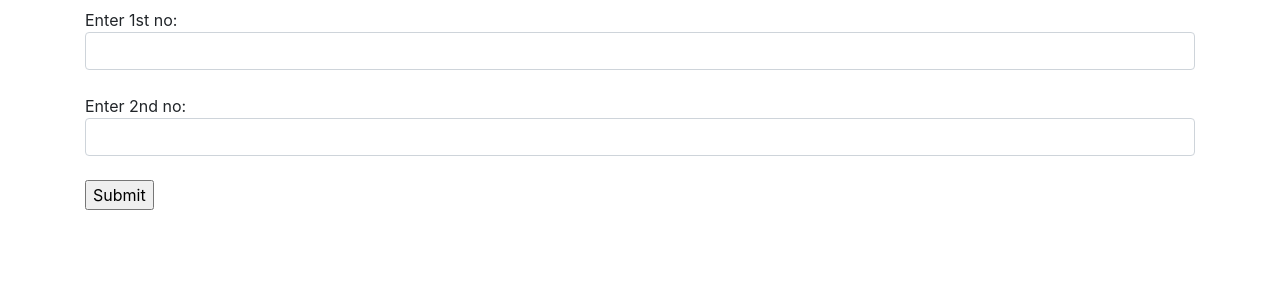
Repository: zinmyoswe/Learning-JSP-and-Servlet
Page: DemoApp/WebContent/index.html
An editor plug-in stored every save of this project. The page is shown before and after the next save, followed by the edit.
The browser window is 1280 px wide. The pictures show the whole page.

Above is the page before, as saved 2019-12-11 11:07:43.

After the next save:
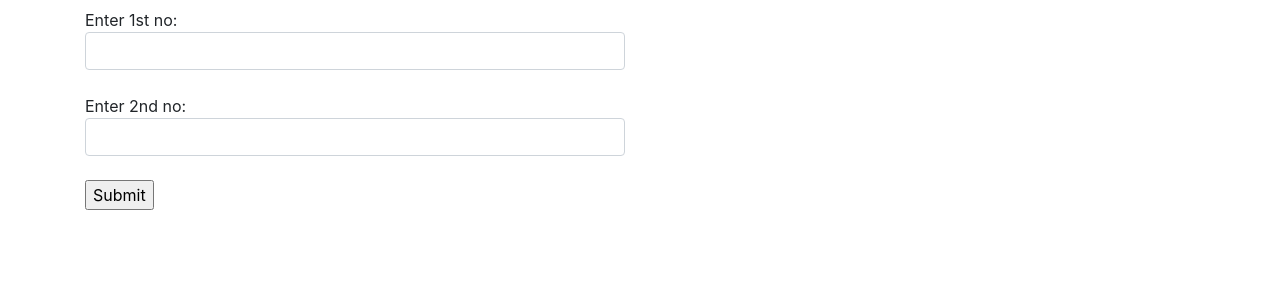
Saved 12 s later.
--- a/DemoApp/WebContent/index.html
+++ b/DemoApp/WebContent/index.html
@@ -13,7 +13,7 @@
   <body>
     <div class="container mt-2">
     	<div class="row">
-    		<div class="col-lg-12">
+    		<div class="col-lg-6">
     		  <form action="add">
     		  	Enter 1st no: <input type="text" name="num1" class="form-control"><br>
     		  	Enter 2nd no: <input type="text" name="num2" class="form-control"><br>
